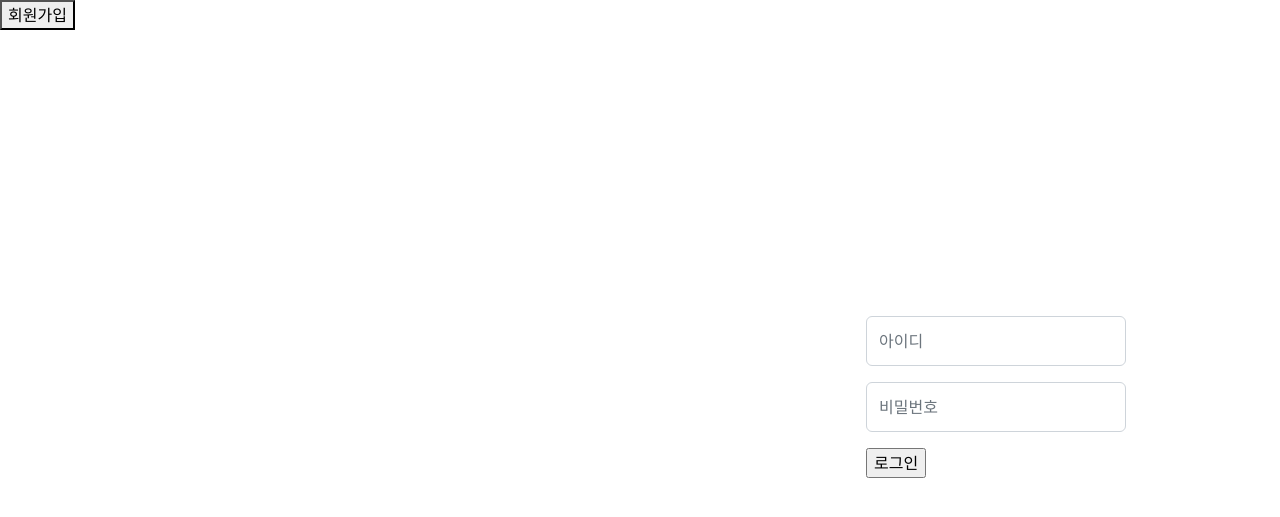
Repository: kokoko12334/myvocab-toy
Page: http://localhost/myVocabularyList/home.jsp
The author's editor kept a copy of each file at every save. The page is drawn from the files as they stood at one save, then again after the next save.
The browser window is 1280 px wide. The pictures show the whole page.
The page is served by Tomcat 9. Other server files are loaded and not shown.

Above is the page before, as saved 2023-04-08 04:17:43.

### myVocabularyList/src/main/webapp/home.jsp
<%@ page language="java" contentType="text/html; charset=UTF-8"
    pageEncoding="UTF-8"%>

<%@ taglib prefix="c" uri = "http://java.sun.com/jsp/jstl/core" %>

<!DOCTYPE html>
<html>
<head>
<meta charset="UTF-8">
<title>영어단어장 홈화면</title>
<link href="https://cdn.jsdelivr.net/npm/bootstrap@5.2.3/dist/css/bootstrap.min.css" rel="stylesheet" integrity="sha384-rbsA2VBKQhggwzxH7pPCaAqO46MgnOM80zW1RWuH61DGLwZJEdK2Kadq2F9CUG65" crossorigin="anonymous">

</head>

<body>

	<div  style="float: right;width: 414px;margin-top: 300px;" >

		<form action = "/login" method = "post" >
			<input class="form-control my-3" style = "height:50px; width: 260px;" type = "text" name = "id" placeholder = "아이디">
			<input class="form-control my-3" style = "height:50px; width: 260px;" type = "password" name = "pwd" placeholder = "비밀번호">
			<input  type = "submit" value = "로그인">

		</form>
	</div>

	<div>
		<button type="button"  onClick="location.href='joinForm.jsp'">회원가입</button>
	</div>


</body>

</html>

After the next save:
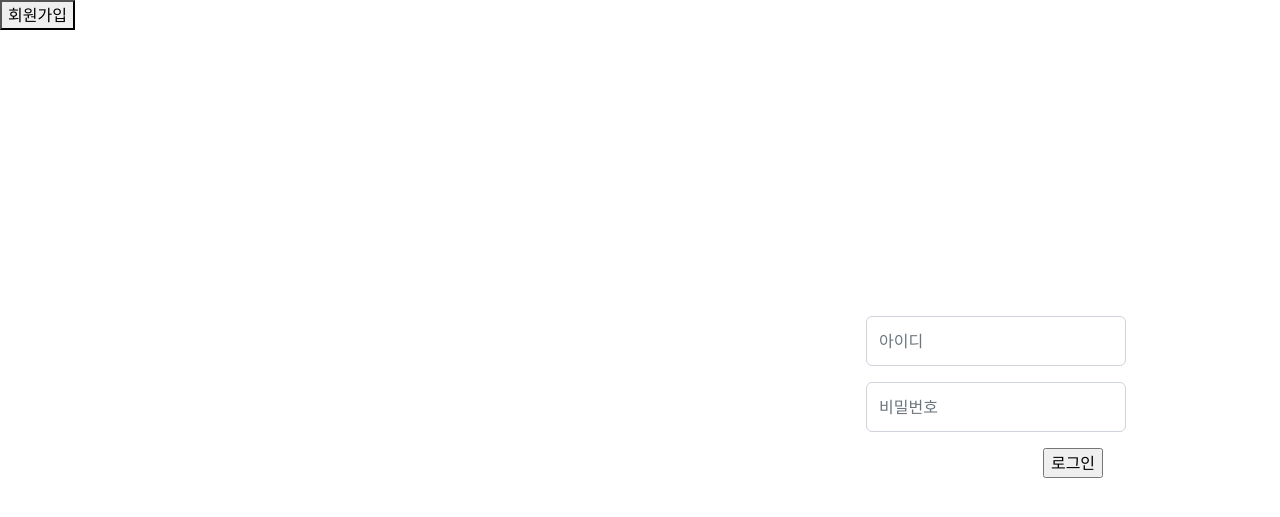
Saved 52 s later.
--- a/myVocabularyList/src/main/webapp/home.jsp
+++ b/myVocabularyList/src/main/webapp/home.jsp
@@ -14,7 +14,7 @@
 
 <body>
 
-	<div  style="float: right;width: 414px;margin-top: 300px;" >
+	<div  style="float: right;width: 414px;margin-top: 300px; text-align: center;" >
 
 		<form action = "/login" method = "post" >
 			<input class="form-control my-3" style = "height:50px; width: 260px;" type = "text" name = "id" placeholder = "아이디">

After the save that followed:
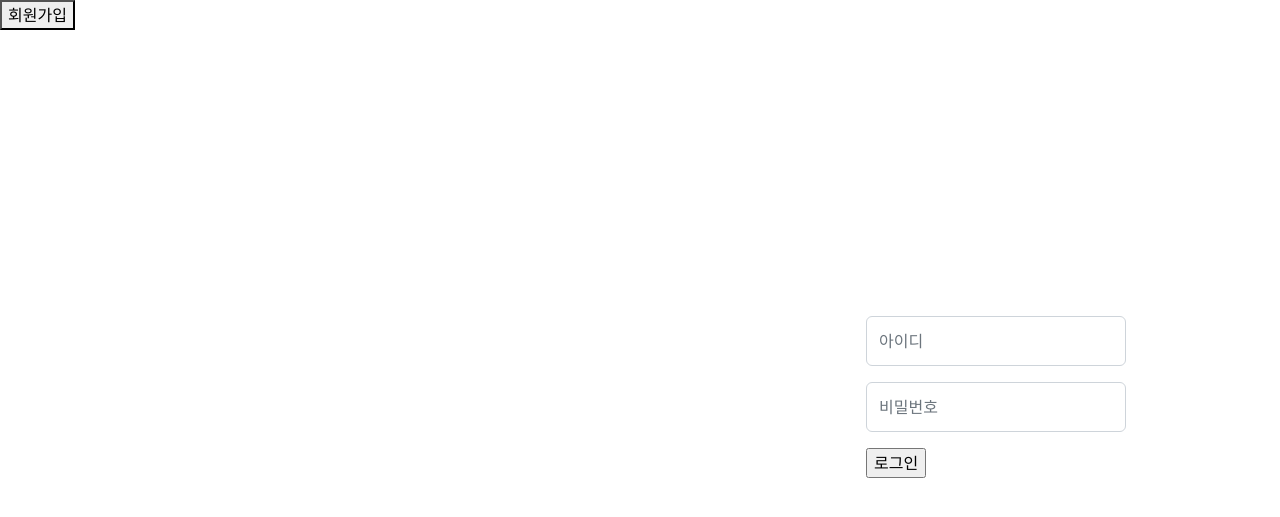
Saved 100 s later.
--- a/myVocabularyList/src/main/webapp/home.jsp
+++ b/myVocabularyList/src/main/webapp/home.jsp
@@ -14,7 +14,7 @@
 
 <body>
 
-	<div  style="float: right;width: 414px;margin-top: 300px; text-align: center;" >
+	<div  style="float: right;width: 414px;margin-top: 300px; " >
 
 		<form action = "/login" method = "post" >
 			<input class="form-control my-3" style = "height:50px; width: 260px;" type = "text" name = "id" placeholder = "아이디">
